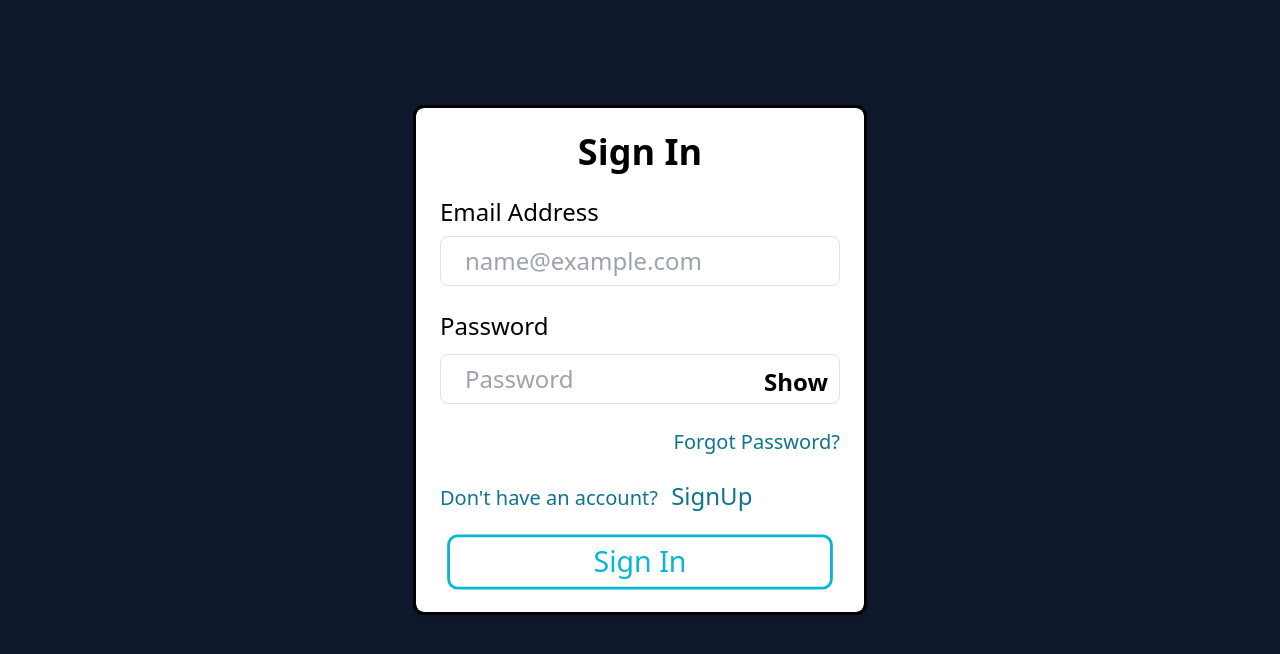
Repository: sayyad-mukthumsa-123/Movie-Verse
Page: /login (app in frontend/)
These files come from the project's save history. The page is drawn as it stood at one moment and after the next save; the edit follows.
The browser window is 1280 px wide. The pictures show the whole page.
The page's requests for data from a server got no answer. The project was rebuilt for these pictures with package versions that can differ from the ones it lists, and the page was loaded fresh each time. No one was signed in, and anything a server would have sent is missing. Also part of the build but not shown: frontend/src/pages/Welcome.jsx, frontend/src/components/Logout.jsx, frontend/src/components/Navbar.jsx, frontend/src/components/Cards.jsx, frontend/src/pages/Home.jsx, frontend/src/components/AvatarSelection.jsx, frontend/src/pages/SignUp.jsx, frontend/src/pages/MovieRecommendations.jsx and 17 more.

Above is the page before, as saved 2025-02-18 22:42:35.

### frontend/public/index.html
<!DOCTYPE html>
<html lang="en">

<head>
  <meta charset="utf-8" />
  <link rel="icon" href="%PUBLIC_URL%/favicon.ico" />
  <meta name="viewport" content="width=device-width, initial-scale=1" />
  <meta name="theme-color" content="#000000" />
  <meta name="description" content="Web site created using create-react-app" />
  <link rel="apple-touch-icon" href="%PUBLIC_URL%/logo192.png" />
  <!--
      manifest.json provides metadata used when your web app is installed on a
      user's mobile device or desktop. See https://developers.google.com/web/fundamentals/web-app-manifest/
    -->
  <link rel="manifest" href="%PUBLIC_URL%/manifest.json" />
  <link rel="stylesheet" href="https://cdn.jsdelivr.net/npm/bootstrap@5.3.2/dist/css/bootstrap.min.css"
    integrity="sha384-T3c6CoIi6uLrA9TneNEoa7RxnatzjcDSCmG1MXxSR1GAsXEV/Dwwykc2MPK8M2HN" crossorigin="anonymous" />
  <!--
      Notice the use of %PUBLIC_URL% in the tags above.
      It will be replaced with the URL of the `public` folder during the build.
      Only files inside the `public` folder can be referenced from the HTML.

      Unlike "/favicon.ico" or "favicon.ico", "%PUBLIC_URL%/favicon.ico" will
      work correctly both with client-side routing and a non-root public URL.
      Learn how to configure a non-root public URL by running `npm run build`.
    -->
  <title>MovieVerse</title>
</head>

<body>
  <noscript>You need to enable JavaScript to run this app.</noscript>
  <div id="root"></div>
  <!--
      This HTML file is a template.
      If you open it directly in the browser, you will see an empty page.

      You can add webfonts, meta tags, or analytics to this file.
      The build step will place the bundled scripts into the <body> tag.

      To begin the development, run `npm start` or `yarn start`.
      To create a production bundle, use `npm run build` or `yarn build`.
    -->
</body>

</html>

### frontend/src/index.css
/* body {
  margin: 0;
  font-family: -apple-system, BlinkMacSystemFont, 'Segoe UI', 'Roboto', 'Oxygen',
    'Ubuntu', 'Cantarell', 'Fira Sans', 'Droid Sans', 'Helvetica Neue',
    sans-serif;
  -webkit-font-smoothing: antialiased;
  -moz-osx-font-smoothing: grayscale;
}

code {
  font-family: source-code-pro, Menlo, Monaco, Consolas, 'Courier New',
    monospace;
} */


/* @tailwind base;
@tailwind components;
@tailwind utilities; */


/* @import "tailwindcss/base";
@import "tailwindcss/components";
@import "tailwindcss/utilities"; */


/* src/index.css */
@tailwind base;
@tailwind components;
@tailwind utilities;

### frontend/src/App.js
import { BrowserRouter, Route, Routes } from "react-router-dom";
import Welcome from "./pages/Welcome";
import Home from "./pages/Home";
import SignIn from "./pages/SignIn";
import SignUp from "./pages/SignUp";
import Details from "./pages/MovieDetail";
import MovieSearch from "./pages/MovieSearch";
import PopularMovies from "./pages/PopularMovies";
import TrendingMovies from "./pages/TrendingMovies";
import DirectorSearch from "./pages/DirectorSearch";
import HeroSearch from "./pages/HeroSearch";
import HeroineSearch from "./pages/HeroineSearch";
import Search from "./pages/Search";
import GenreSearch from "./pages/GenreSearch";
import LangSearch from "./pages/LangSearch";
import ProtectedRoute from "./components/ProtectedRoute"; // Import ProtectedRoute
import ProfilePage from "./pages/ProfilePage"; // ProfilePage component
import UpdateProfile from "./pages/UpdateProfile";
import ResetPassword from "./components/ResetPassword";
import ReviewRating from "./pages/ReviewRating";
import ContactUs from "./pages/ContactUs";
import MovieDetail from "./pages/MovieDetail";


const App = () => {
  return (
    <div className="App">

      <BrowserRouter>
        <Routes>

          <Route path="/" element={<Welcome />} />
          <Route path="/register" element={<SignUp />} />
          <Route path="/login" element={<SignIn />} />


          <Route
            path="/home_login"
            element={
              <ProtectedRoute>
                <Home />
              </ProtectedRoute>
            }
          />
          <Route
            path="/details"
            element={
              <ProtectedRoute>
                <Details />
              </ProtectedRoute>
            }
          />
          <Route
            path="/popular"
            element={
              <ProtectedRoute>
                <PopularMovies />
              </ProtectedRoute>
            }
          />
          <Route
            path="/trending"
            element={
              <ProtectedRoute>
                <TrendingMovies />
              </ProtectedRoute>
            }
          />
          <Route
            path="/search/movie"
            element={
              <ProtectedRoute>
                <MovieSearch />
              </ProtectedRoute>
            }
          />
          <Route
            path="/search/director"
            element={
              <ProtectedRoute>
                <DirectorSearch />
              </ProtectedRoute>
            }
          />
          <Route
            path="/search/hero"
            element={
              <ProtectedRoute>
                <HeroSearch />
              </ProtectedRoute>
            }
          />
          <Route
            path="/search/heroine"
            element={
              <ProtectedRoute>
                <HeroineSearch />
              </ProtectedRoute>
            }
          />
          <Route
            path="/search/genre"
            element={
              <ProtectedRoute>
                <GenreSearch />
              </ProtectedRoute>
            }
          />
          <Route
            path="/search/lang"
            element={
              <ProtectedRoute>
                <LangSearch />
              </ProtectedRoute>
            }
          />
          <Route
            path="/search"
            element={
              <ProtectedRoute>
                <Search />
              </ProtectedRoute>
            }
          />
          <Route
            path="/movie/:id"
            element={
              <ProtectedRoute>
                <Details />
              </ProtectedRoute>
            }
          />
          <Route path="api/profile/:email" element={
            <ProtectedRoute>
              <ProfilePage />
            </ProtectedRoute>}
          />
          <Route path="/update-profile/:email" element={
            <ProtectedRoute>
              <UpdateProfile />
            </ProtectedRoute>}
          />
          <Route path="/profile/:email" element={
            <ProtectedRoute><ProfilePage />
            </ProtectedRoute>} />
          <Route path="/reset-password/:email" element={

            <ResetPassword />

          }
          />


          {/* Movie review and rating route */}

          <Route path="/movie/:movieId/review-rating" element={
            <ProtectedRoute><ReviewRating />
            </ProtectedRoute>} />



          <Route path="/contact" element={
            <ProtectedRoute><ContactUs />
            </ProtectedRoute>} />

        </Routes>

      </BrowserRouter>
    </div>
  );
};

export default App;

### frontend/src/pages/SignIn.jsx
import React, { useEffect, useState } from "react";
import { Link, useNavigate } from "react-router-dom";
import { ToastContainer, toast } from "react-toastify";
import "react-toastify/dist/ReactToastify.css";

const SignIn = () => {
  const [email, setEmail] = useState("");
  const [password, setPassword] = useState("");
  const [passwordVisible, setPasswordVisible] = useState(false);
  const navigate = useNavigate();

  useEffect(() => {
    const token = localStorage.getItem("token");
    if (token) {
      navigate("/home_login"); // Redirect if already logged in
    }
  }, [navigate]);

  const togglePasswordVisibility = () => {
    setPasswordVisible(!passwordVisible);
  };

  const handleSubmit = async (event) => {
    event.preventDefault();

    if (!email || !password) {
      toast.error("Please fill in all fields.");
      return;
    }

    if (!/\S+@\S+\.\S+/.test(email)) {
      toast.error("Please provide a valid email.");
      return;
    }

    try {
      const response = await fetch("http://localhost:5000/login", {
        method: "POST",
        headers: {
          "Content-Type": "application/json",
        },
        body: JSON.stringify({ Email: email, Password: password }),
      });

      const data = await response.json();

      if (response.ok) {
        localStorage.setItem("token", data.token);
        localStorage.setItem("email", email); // Store email after successful sign-in
        toast.success("Sign in successful!");
        setTimeout(() => {
          navigate("/home_login");
        }, 2000);

      } else {
        toast.error(data.msg || "Invalid email or password.");
      }
    } catch (error) {
      toast.error("An error occurred. Please try again later.");
      console.error("Error:", error);
    }
  };

  const handleForgotPassword = () => {
    if (!email) {
      toast.error("Please enter your email to reset the password.");
      return;
    }
    navigate(`/reset-password/${email}`);
  };

  return (
    <div className="flex items-center justify-center min-h-screen bg-slate-900">
      <div className="w-full max-w-md bg-white  outline text-black rounded-lg shadow-md p-6">
        <h1 className="text-4xl font-bold  text-center mb-6">Sign In</h1>
        <form onSubmit={handleSubmit}>
          <div className="mb-4">
            <label htmlFor="email" className="block text-2xl mb-2 font-medium ">
              Email Address
            </label>
            <input
              type="email"
              id="email"
              className="w-full px-4 py-2 text-black border rounded-lg focus:outline-none focus:ring focus:ring-black text-2xl"
              placeholder="name@example.com"
              value={email}
              onChange={(e) => setEmail(e.target.value)}
            />
          </div>
          <div className="mb-4 relative">
            <label htmlFor="password" className="block  mb-2 font-medium  text-2xl">
              Password
            </label>
            <input
              type={passwordVisible ? "text" : "password"}
              id="password"
              className="mt-1 w-full px-4 py-2 text-black border rounded-lg focus:outline-none focus:ring focus:ring-black text-2xl"
              placeholder="Password"
              value={password}
              onChange={(e) => setPassword(e.target.value)}
            />
            <button
              type="button"
              className="absolute text-black top-14 right-3 text-2xl font-semibold  focus:outline-none"
              onClick={togglePasswordVisibility}
            >
              {passwordVisible ? "Hide" : "Show"}
            </button>
          </div>
          <div className="text-sm text-right mb-4">
            <button
              type="button"
              className="text-cyan-700 text-xl hover:underline focus:outline-none hover:scale-105 transition-transform"
              onClick={handleForgotPassword}
            >
              Forgot Password?
            </button>
          </div>
          <div className="text-xl mb-4 text-cyan-700">
            Don't have an account?{" "}
            <Link to="/register" className="inline-block mx-2 text-cyan-700 hover:underline hover:scale-105 transition-transform text-2xl">
              SignUp
            </Link>
          </div>
          <button
            type="submit"
            //className="w-full scale-95 bg-white text-3xl text-cyan-500 outline py-2 px-4 rounded-lg hover:bg-cyan-700  hover:outline focus:outline-none hover:scale-100 transition-transform"
            className="w-full scale-95  text-3xl text-cyan-500 py-2 px-4 rounded-lg hover:bg-cyan-700 hover:text-white hover:scale-100 transition-transform outline focus:outline-none"

          >
            Sign In
          </button>
        </form>
      </div>
      <ToastContainer />
    </div>
  );
};

export default SignIn;

### frontend/tailwind.config.js
module.exports = {
  content: [
    "./src/**/*.{js,jsx,ts,tsx}", // Include all source files in the frontend
  ],
  theme: {
    extend: {},
  },
  plugins: [],
};

Loaded but not shown: frontend/src/index.js (common file); frontend/src/reportWebVitals.js (common file)

After the next save:
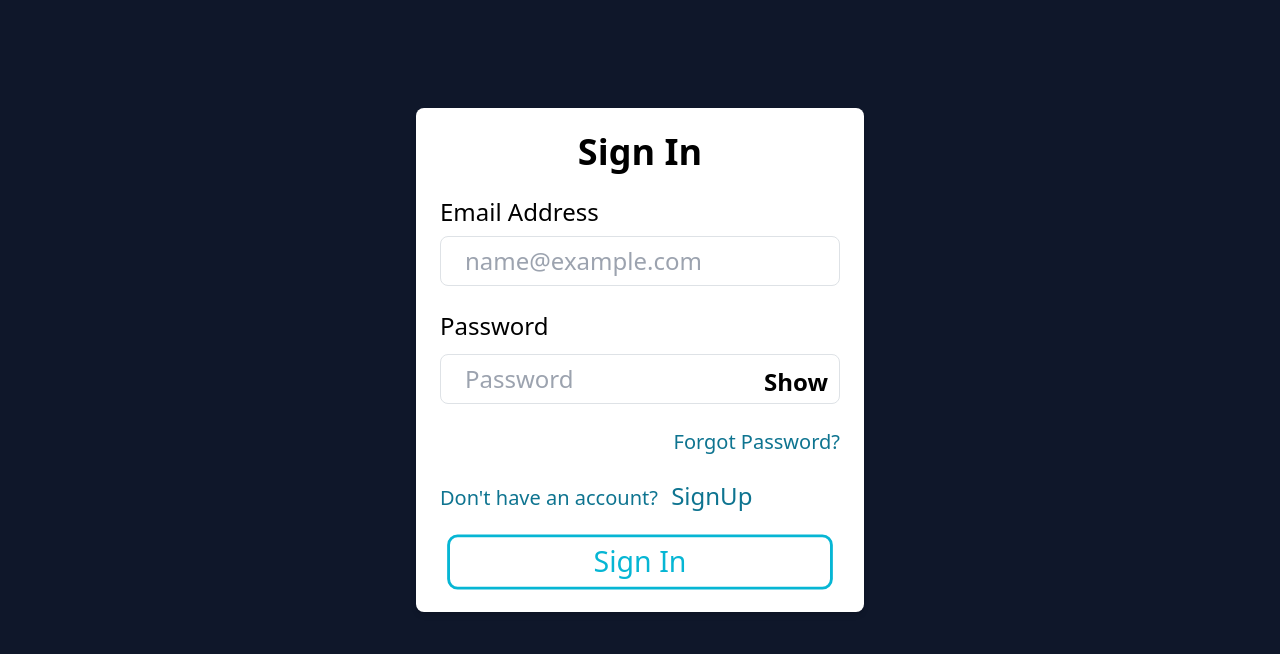
Saved 17 s later.
--- a/frontend/src/pages/SignIn.jsx
+++ b/frontend/src/pages/SignIn.jsx
@@ -71,7 +71,7 @@
 
   return (
     <div className="flex items-center justify-center min-h-screen bg-slate-900">
-      <div className="w-full max-w-md bg-white  outline text-black rounded-lg shadow-md p-6">
+      <div className="w-full max-w-md bg-white  outline-white text-black rounded-lg shadow-md p-6">
         <h1 className="text-4xl font-bold  text-center mb-6">Sign In</h1>
         <form onSubmit={handleSubmit}>
           <div className="mb-4">
